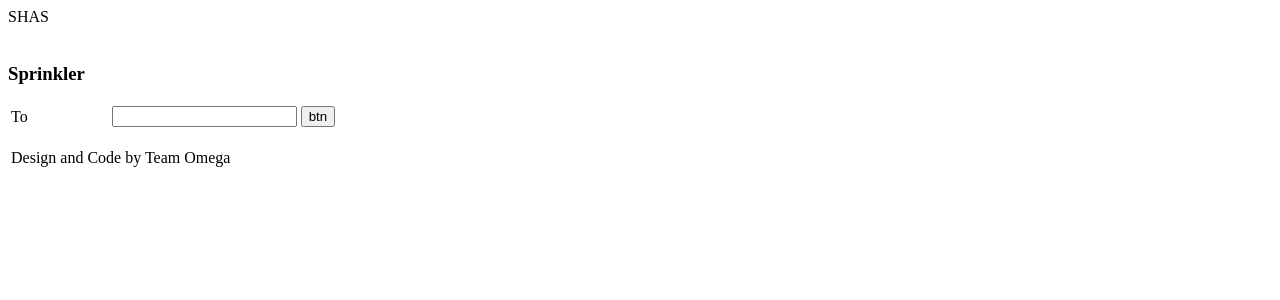
Repository: hassan-stash/shas
Page: http://localhost/SHAS/SprinklerGUI.jsp
The author's editor kept a copy of each file at every save. The page is drawn from the files as they stood at one save, then again after the next save.
The browser window is 1280 px wide. The pictures show the whole page.
Some web fonts or font styles are not loaded; a fallback is used. The page is served by Tomcat 9. Other server files are loaded and not shown.

Above is the page before, as saved 2013-04-07 00:28:25.
Console error: TypeError: Cannot read properties of undefined (reading 'timepicker')

### SHAS/WebContent/SprinklerGUI.jsp
<%@ page contentType="text/html; charset=iso-8859-1" language="java"%>
<html>
<head>
<title>Sprinkler</title>
<link href='http://fonts.googleapis.com/css?family=Wendy+One'
	rel='stylesheet' type='text/css'>
<script src="http://code.jquery.com/jquery-latest.min.js"></script>
<script type="text/javascript" src="js/timepicker.js"></script>
<script type="text/javascript">


</script>
<script type="text/javascript">

	// When document ready, call initMenu() function
	function clickschedule() {
		document.sprinklerform.btnSchedule.value = "Sprinkler Off";
		//sprinklerform.submit();
	}
</script>

</head>
<body>

<div id="header">
<div id="logo">SHAS</div>

<!-- end of logout div -->
<div id="welcomeName">
<%

%>
</div>
<!-- end of welcomeName --></div>
<!-- end of header -->


<div id="content">

<form name="sprinklerform" action="SprinklerServlet" method="get"><br>


<div>

<h3>Sprinkler</h3>



</div>

<div>

<article>
</div>

<table border="0">
	<tr>
		<td>To &nbsp;&nbsp;&nbsp;&nbsp;&nbsp;&nbsp;&nbsp;&nbsp;&nbsp;&nbsp;&nbsp;&nbsp;&nbsp;&nbsp;&nbsp;&nbsp;&nbsp;&nbsp;&nbsp;</td>
		<td><input type="text" id="fromDate" name="fromDate"
			value="" /></td>
			<td><input type="submit" id="btnSchedule" name="btnSchedule"
			value="btn" /></td>

	</tr>

</table>


</article>

</div>

</form>

<table width="100%" border= "0">
<tr><td><span type="text" id="lblMessage" name="lblMessage" class="color-red">Design and Code by Team Omega</span></td> </tr>


</table>

</body>
</html>

Loaded but not shown: SHAS/WebContent/js/timepicker.js (1919 lines, source omitted)

After the next save:
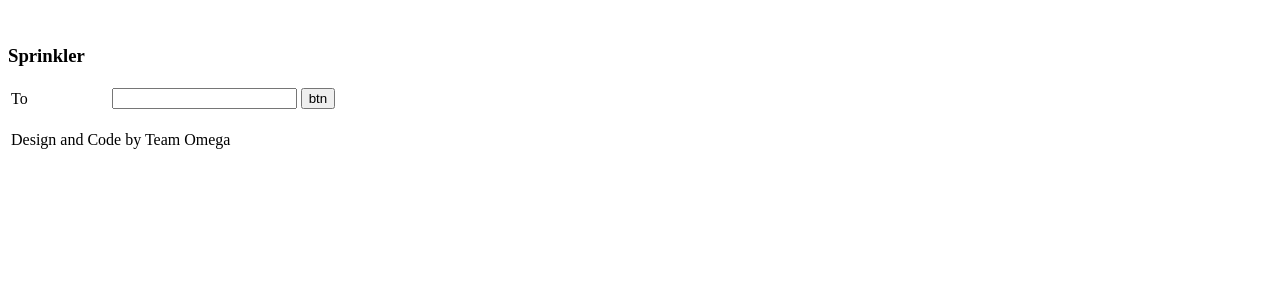
Saved 38 s later.
--- a/SHAS/WebContent/SprinklerGUI.jsp
+++ b/SHAS/WebContent/SprinklerGUI.jsp
@@ -22,15 +22,7 @@
 </head>
 <body>
 
-<div id="header">
-<div id="logo">SHAS</div>
 
-<!-- end of logout div -->
-<div id="welcomeName">
-<%
-
-%>
-</div>
 <!-- end of welcomeName --></div>
 <!-- end of header -->
 
